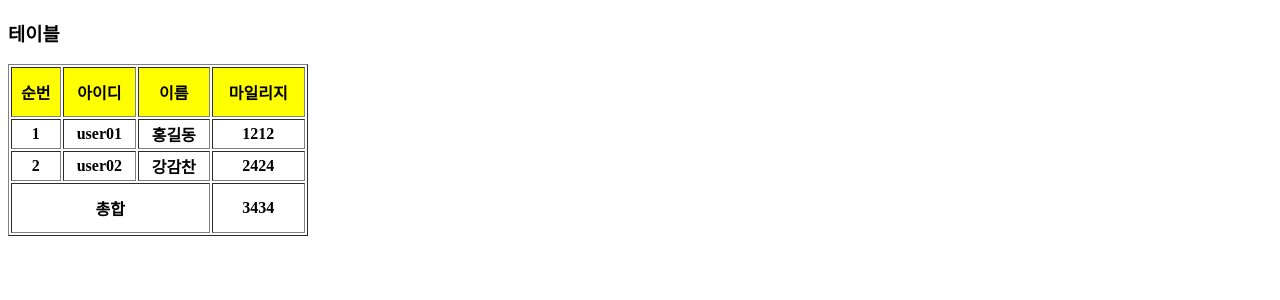
Repository: jelly02/workspace_web
Page: 02.html_form_table/src/main/webapp/sample_table.html
The author's editor kept a copy of each file at every save. The page is drawn from the files as they stood at one save, then again after the next save.
The browser window is 1280 px wide. The pictures show the whole page.

Above is the page before, as saved 2021-06-24 01:23:34.

After the next save:
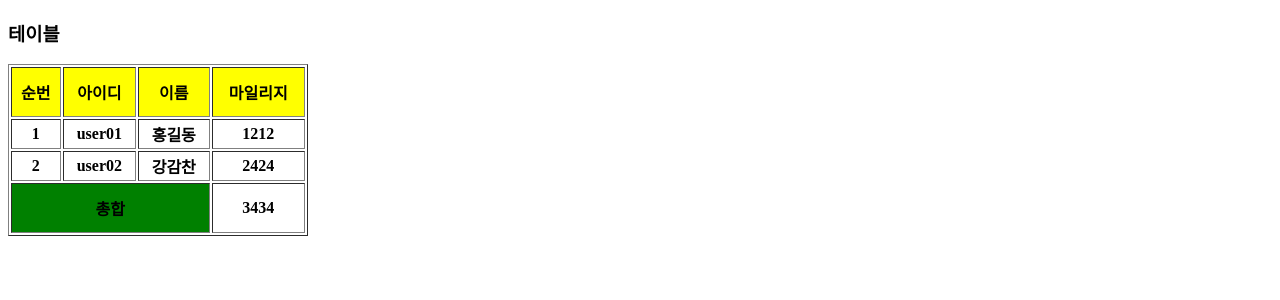
Saved 88 s later.
--- a/02.html_form_table/src/main/webapp/sample_table.html
+++ b/02.html_form_table/src/main/webapp/sample_table.html
@@ -31,7 +31,7 @@
 			</tr>
 
 			<tr  height="50px">
-				<th colspan="3">총합</th>
+				<th colspan="3" bgcolor="green">총합</th>
 				<th>3434</th>
 			</tr>
 		</table>
